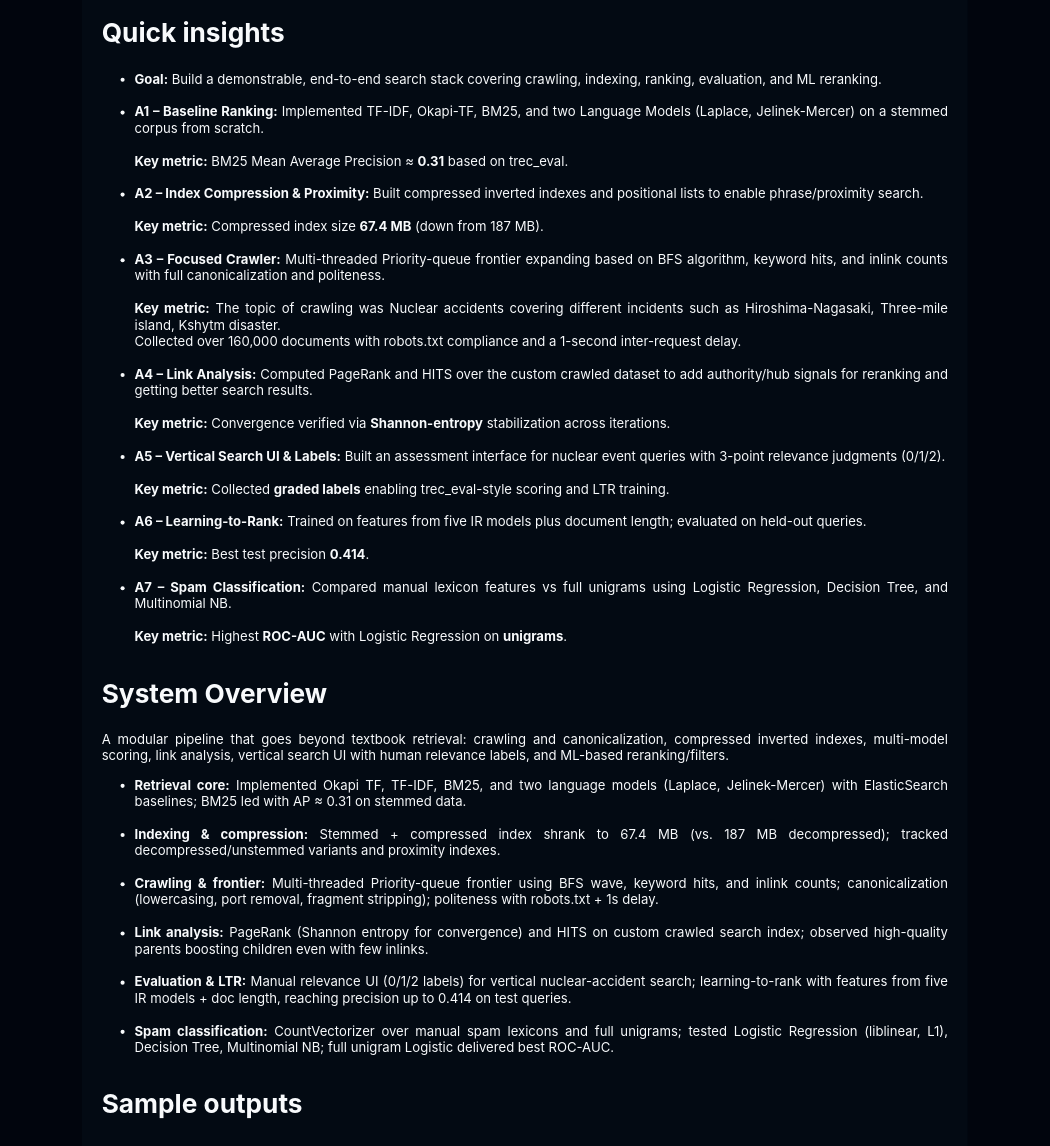
Repository: Abdulaziz-04/Abdulaziz-04.github.io
Page: deepdives/backend_systems/search_engine/search_engine.html
These files come from the project's save history. The page is drawn as it stood at one moment and after the next save; the edit follows.
The browser window is 1280 px wide. The pictures show the part of the page from y = 873 to 2270 px (the page is 4842 px tall), at 82% of full size.
A picture or video elsewhere on the page could not be fetched, so the positions and the page height are approximate.

Above is the page before, as saved 2025-11-21 18:10:25.

After the next save:
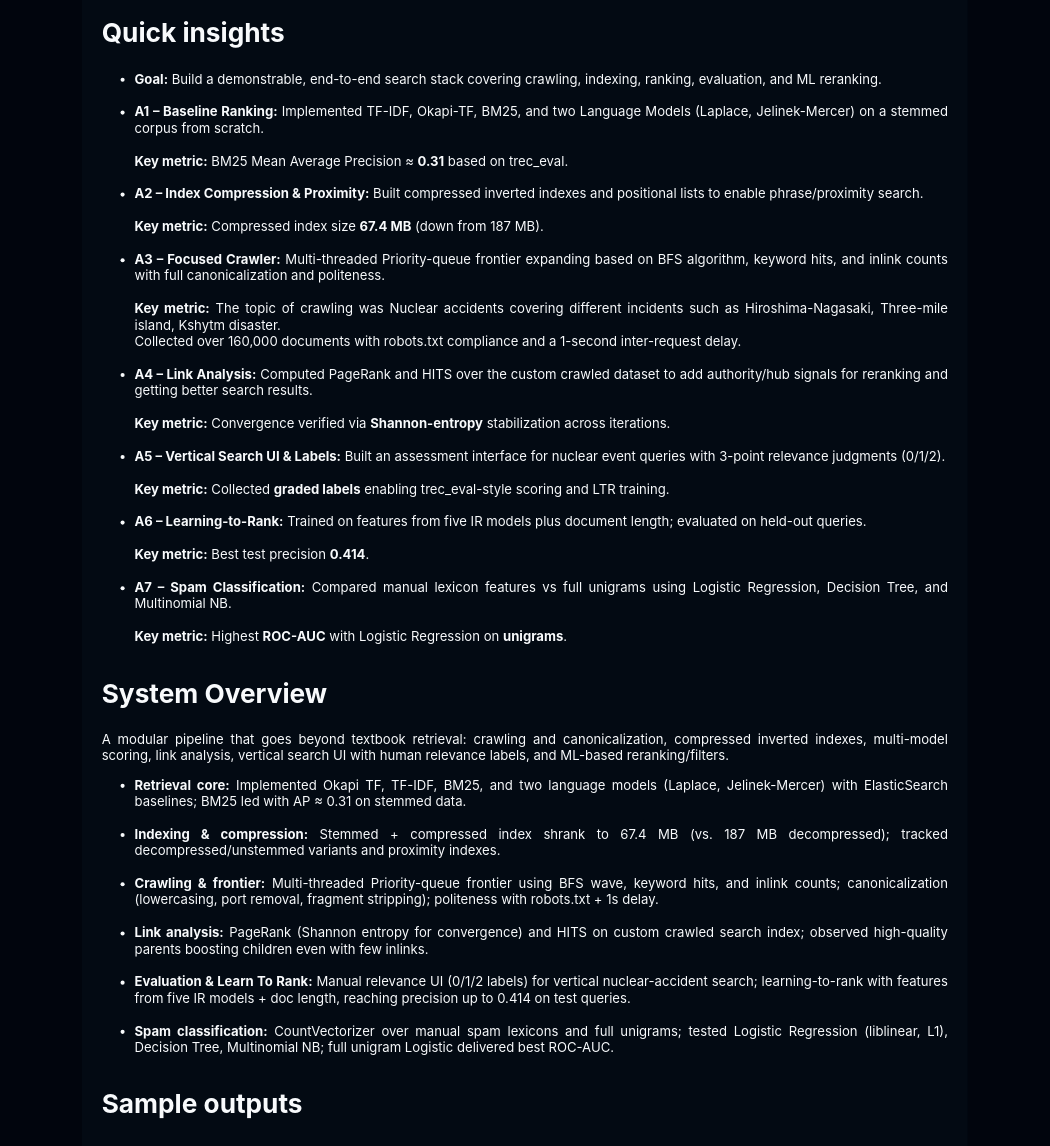
Saved 53 s later.
--- a/deepdives/backend_systems/search_engine/search_engine.html
+++ b/deepdives/backend_systems/search_engine/search_engine.html
@@ -183,7 +183,7 @@
           </li>
           <br />
           <li>
-            <b>Evaluation &amp; LTR:</b>
+            <b>Evaluation &amp; Learn To Rank:</b>
             Manual relevance UI (0/1/2 labels) for vertical nuclear-accident
             search; learning-to-rank with features from five IR models + doc
             length, reaching precision up to 0.414 on test queries.
